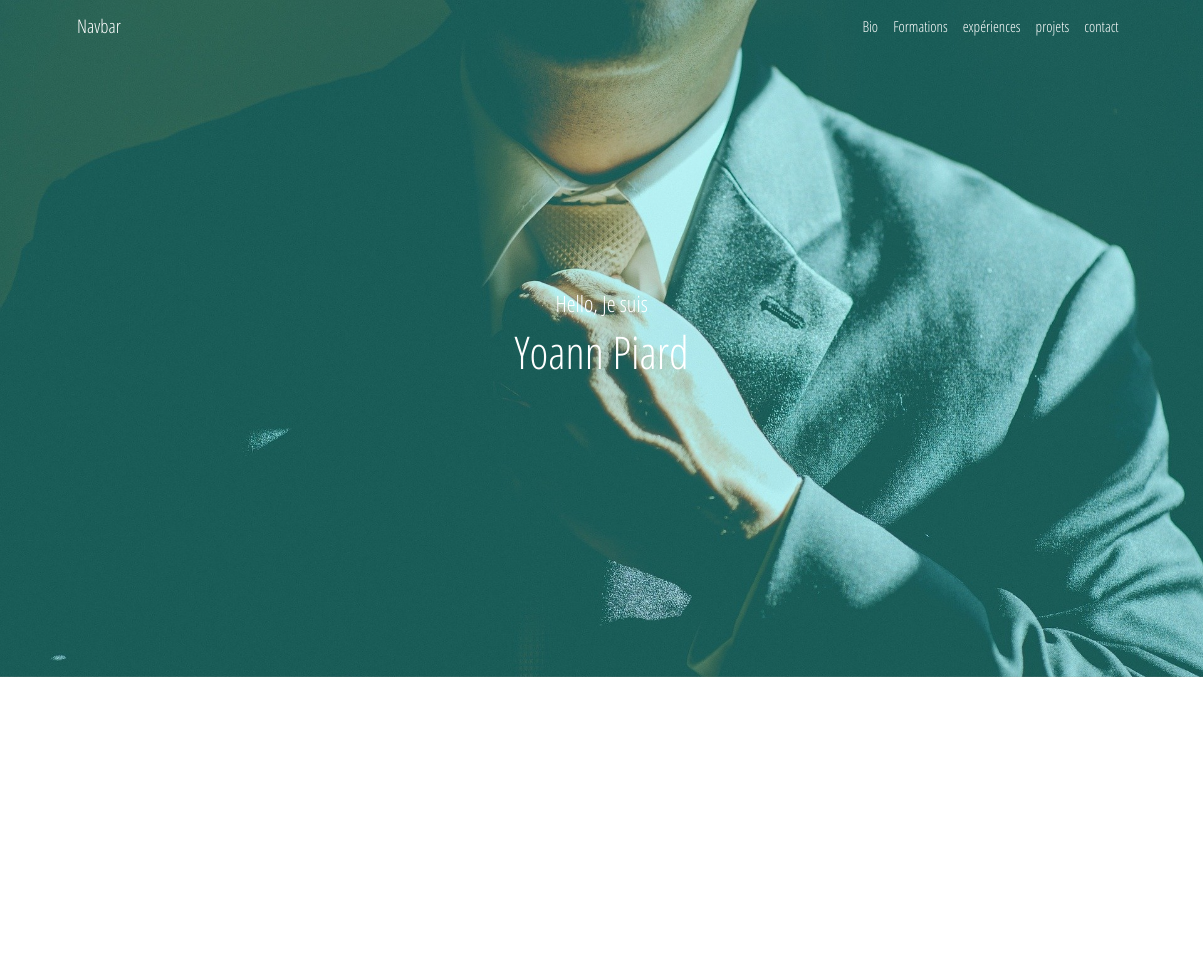
Repository: ypiard85/port-folio-bootstrap-yoann-2021
Page: index.html
An editor plug-in stored every save of this project. The page is shown before and after the next save, followed by the edit.
The browser window is 1280 px wide. The pictures show the whole page, at 94% of full size.

Above is the page before, as saved 2021-03-09 14:46:20.

After the next save:
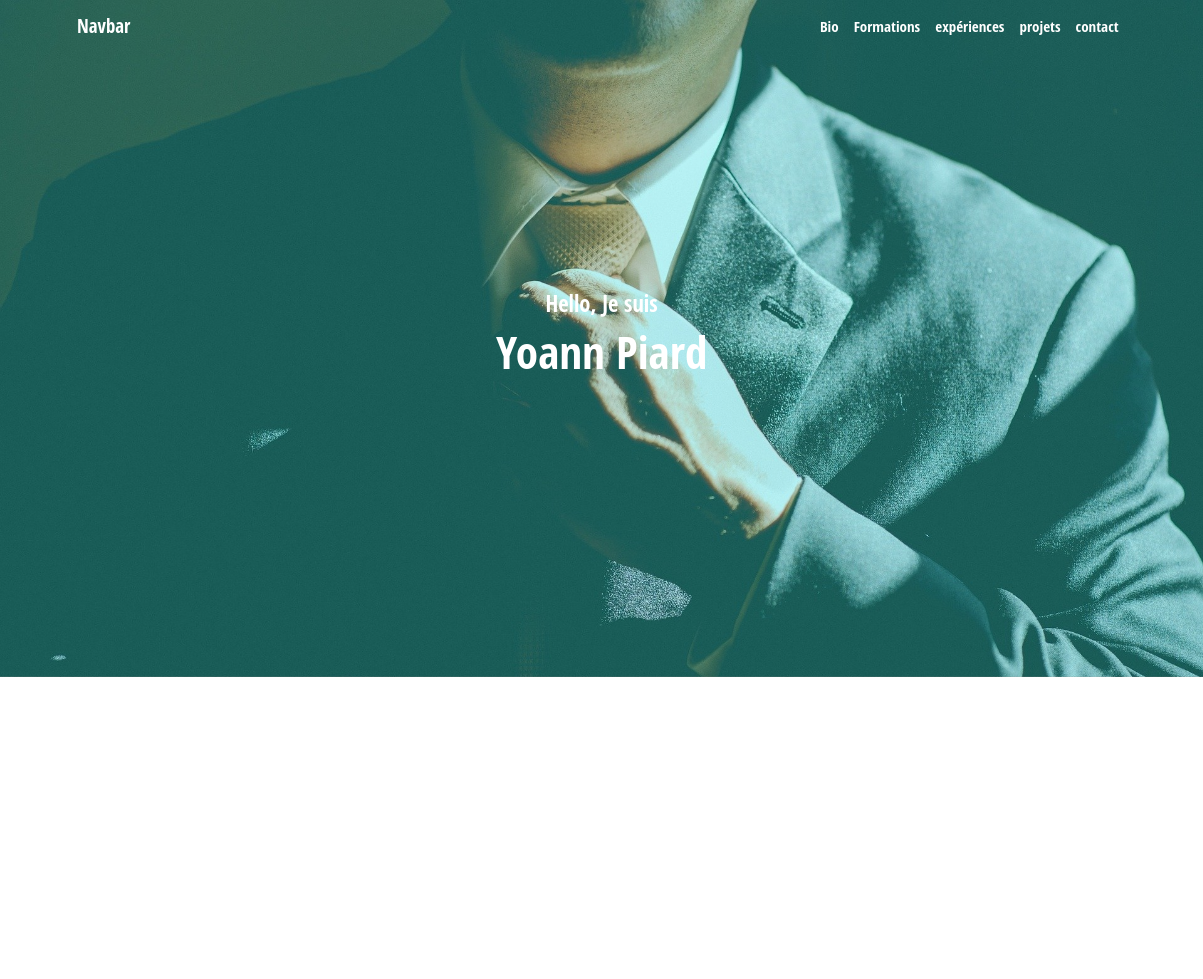
Saved 82 s later.
--- a/resource/style.css
+++ b/resource/style.css
@@ -1,4 +1,4 @@
-@import url('https://fonts.googleapis.com/css2?family=Open+Sans+Condensed:wght@300&display=swap');
+@import url('https://fonts.googleapis.com/css2?family=Raleway&display=swap');
 
 *{
     transition: 0.3s;
